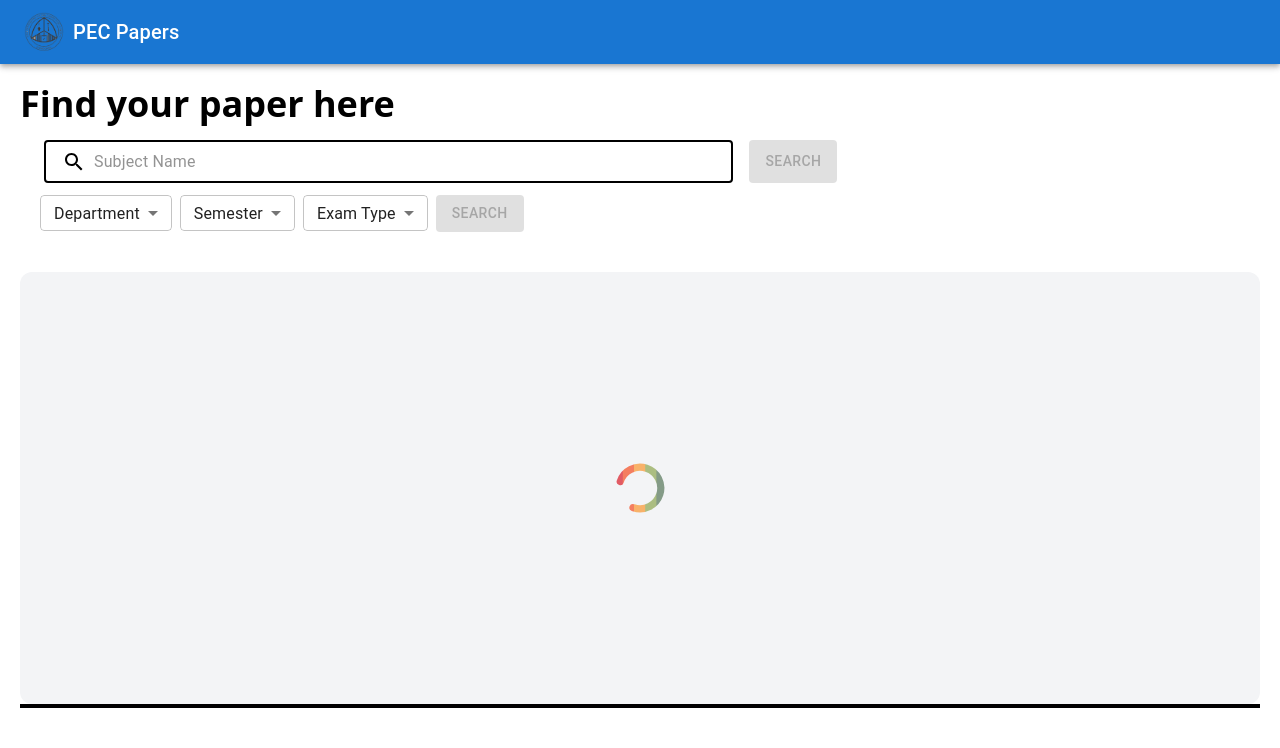
Repository: SUGAM-ARORA/pecpapers
Page: /browse (app in frontend/)
These files come from the project's save history. The page is drawn as it stood at one moment and after a run of saves; the edit follows.
The browser window is 1280 px wide. The pictures show the whole page.
The page's requests for data from a server got no answer. The project was rebuilt for these pictures with package versions that can differ from the ones it lists, and the page was loaded fresh each time. Some packages were replaced by stand-ins written for this rebuild. No one was signed in, and anything a server would have sent is missing. Also part of the build but not shown: frontend/vite.config.js, frontend/src/Components/AnimatedText.jsx, frontend/src/Components/Hero.jsx, frontend/src/Components/Footer.jsx, frontend/src/Components/Login.jsx, frontend/src/Components/PaperDisplay.jsx, frontend/src/Components/ProtectedRoute.jsx.

Above is the page before, as saved 2025-07-17 19:21:57.

After the next 2 saves:
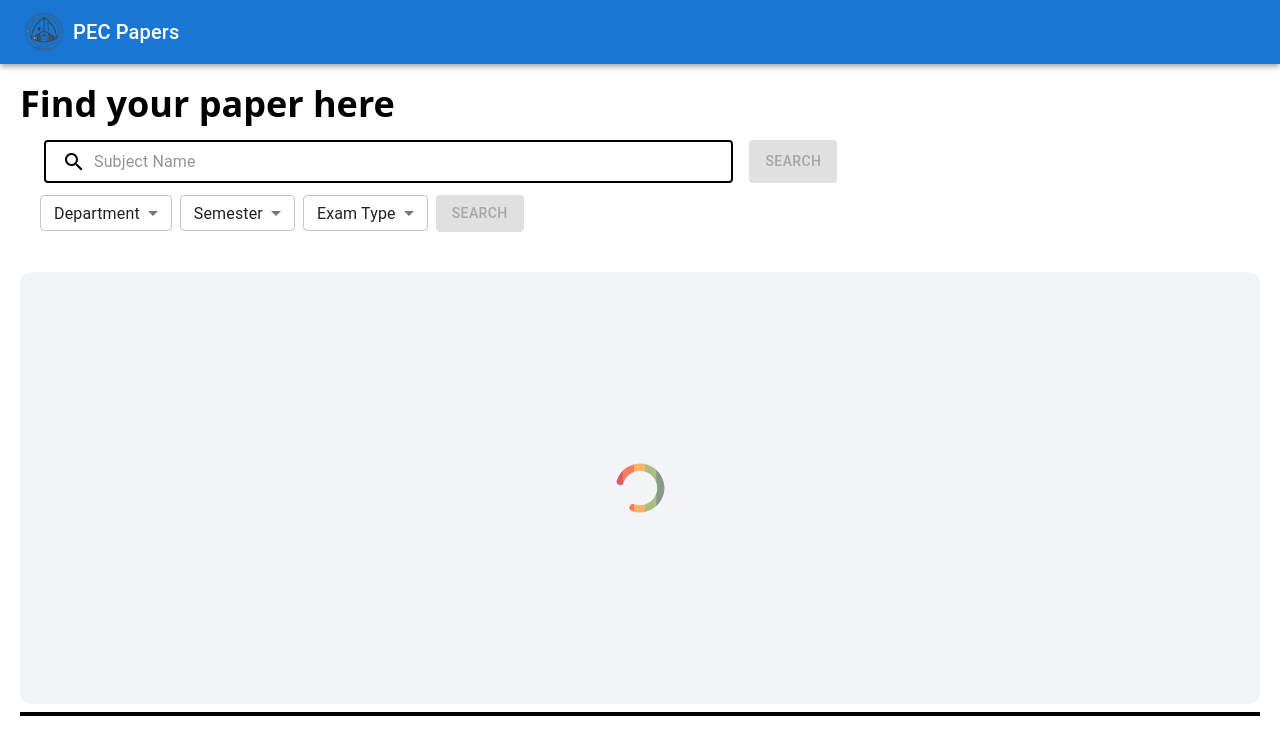
The 2 saves are shown as one change because they came seconds apart.
The last was saved 9 s later.
--- a/frontend/src/Pages/Browse.jsx
+++ b/frontend/src/Pages/Browse.jsx
@@ -266,7 +266,7 @@ const Browse = () => {
         </div>
 
       </div>
-      <div className='border-2 border-black w-full'>
+      <div className='border-2 border-black w-full mt-2'>
 
       </div>
     </div>
